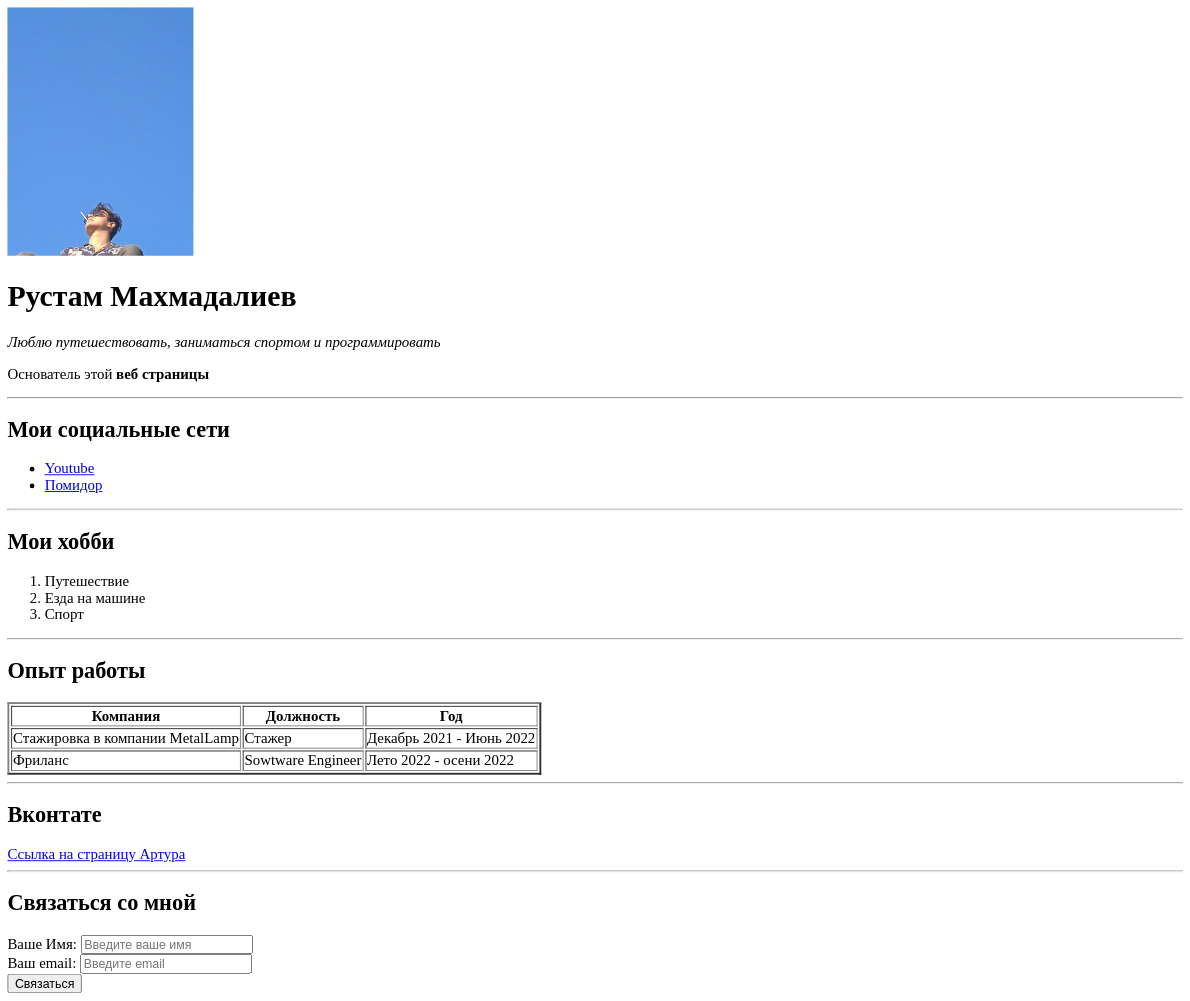
Repository: RustamMakh/html
Page: index.html
An editor plug-in stored every save of this project. The page is shown before and after the next save, followed by the edit.
The browser window is 1280 px wide. The pictures show the whole page, at 93% of full size.

Above is the page before, as saved 2022-06-08 18:32:33.

After the next save:
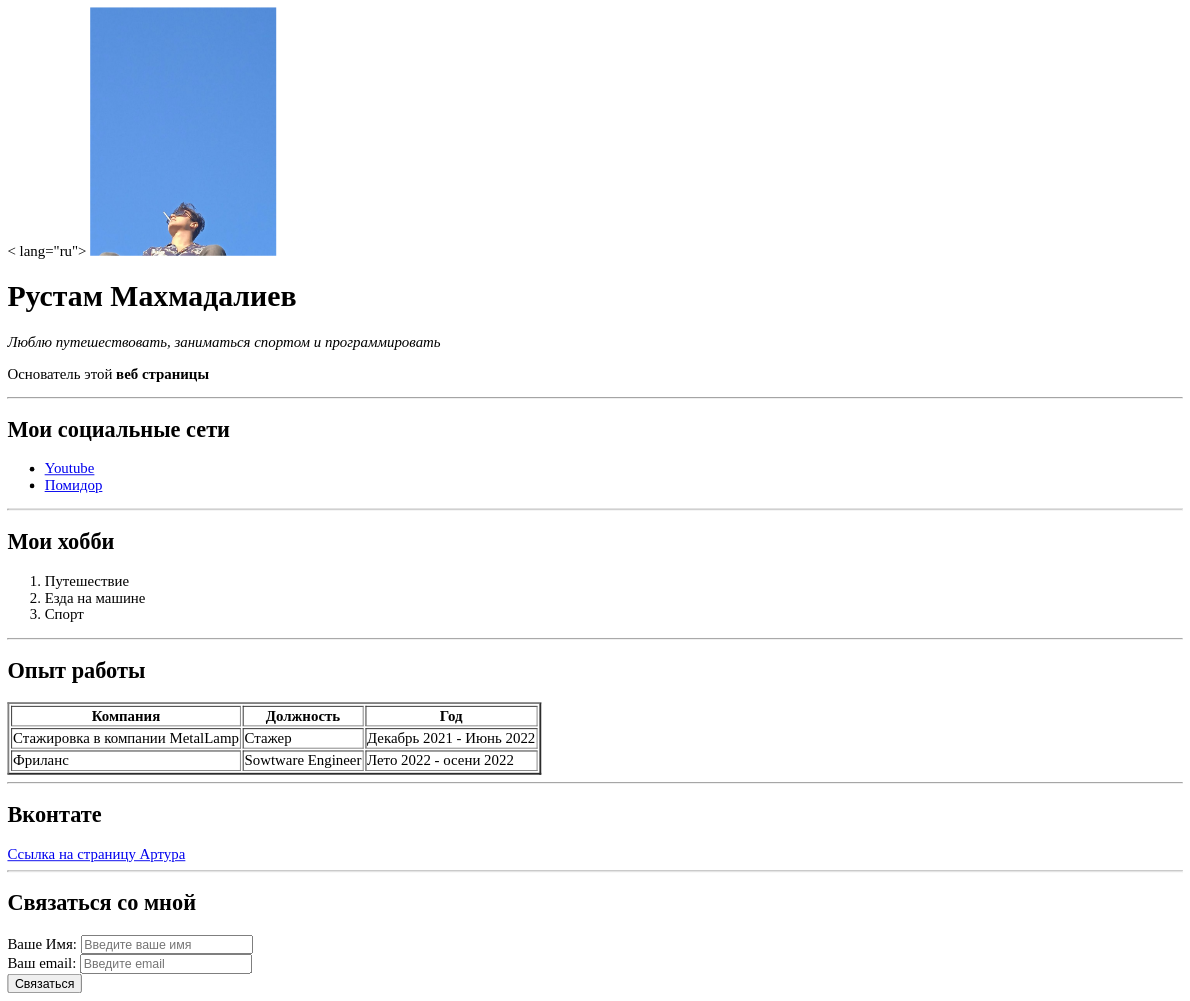
Saved 15 min 43 s later.
--- a/index.html
+++ b/index.html
@@ -1,5 +1,5 @@
 <!DOCTYPE html>
-<html lang="ru">
+< lang="ru">
 <head>
     <meta charset="UTF-8">
     <meta http-equiv="X-UA-Compatible" content="IE=edge">
@@ -48,7 +48,7 @@
   </table>
   <hr>
 
-  <h2>Вконтате</h3>
+  <h2>Вконтате</h2>
   <a href="Вконтакте.html">Ссылка на страницу Артура</a>
   <hr>
 
@@ -61,5 +61,7 @@
   <input type="email" id="email" placeholder="Введите email">
 <br>
   <input type="submit" value="Связаться">
+  </form>
+
 </body>
 </html>
